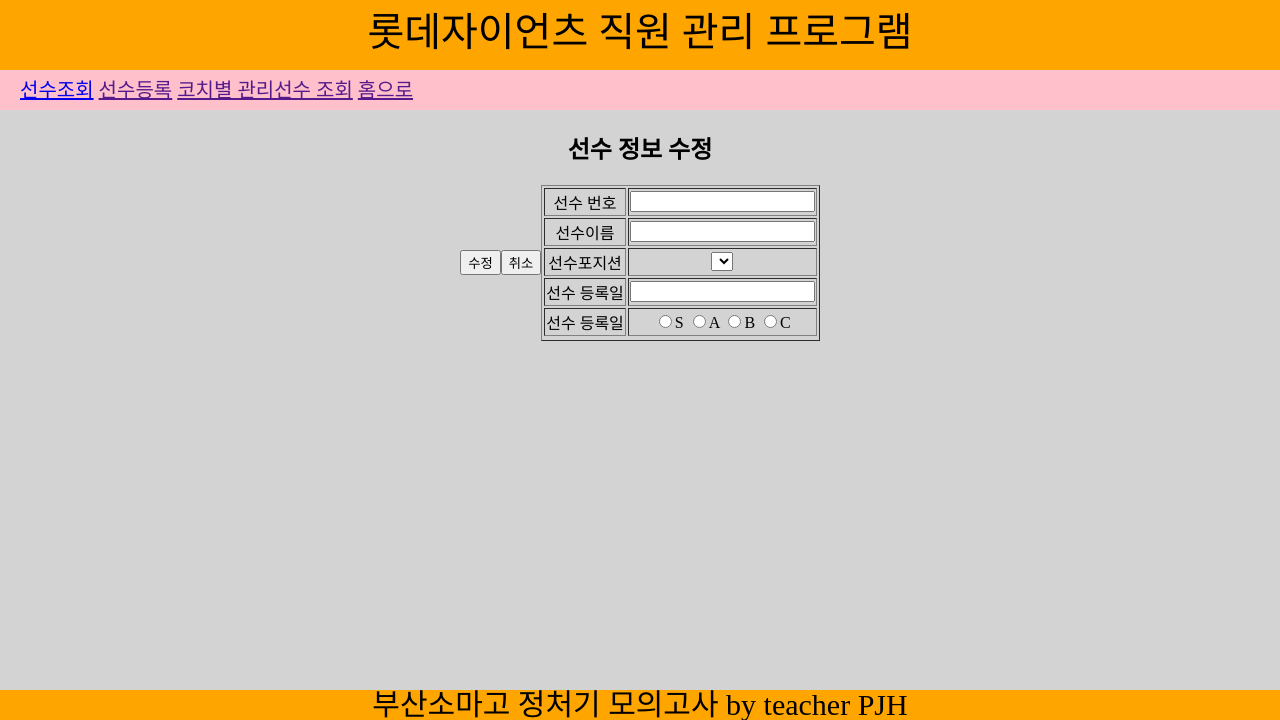
Repository: jeajune0221/information
Page: http://localhost/HRD_2411/update.jsp
The author's editor kept a copy of each file at every save. The page is drawn from the files as they stood at one save, then again after the next save.
The browser window is 1280 px wide. The pictures show the whole page.
The page is served by Tomcat 9.

Above is the page before, as saved 2026-03-16 11:15:12.

### hrdkorea/HRD_2411/src/main/webapp/update.jsp
<%@ page language="java" contentType="text/html; charset=UTF-8"
    pageEncoding="UTF-8"%>
<!DOCTYPE html>
<html>
<head>
<meta charset="UTF-8">
<title>Insert title here</title>
<link href ="style.css" rel ="stylesheet">
</head>
<body>
<jsp:include page="header.jsp"></jsp:include>
<section>
<H2>선수 정보 수정</H2>
<form style = "display : flex; align-items : center; justify-content : center; text-align : center">
<table border = 1>
<tr>
<td>선수 번호</td>
<td><input type ="text" name = "pid"></td>
</tr>
<tr>
<td>선수이름</td>
<td><input type ="text" name ="pname"></td>
</tr>
<tr>
<td>선수포지션</td>
<td>
<select name ="ppostion">

</select>
</td>
</tr>
<tr>
<td>선수 등록일</td>
<td><input type></td>
</tr>
<tr>
<td>선수 등록일</td>
<td><input type ="radio" name = "asd">S
<input type ="radio" name = "asd">A
<input type ="radio" name = "asd">B
<input type ="radio" name = "asd">C</td>
</tr>
<tr>
<button>수정</button>
<button>취소</button>
</tr>

</table>
</form>
</section>
<jsp:include page="footer.jsp"></jsp:include>
</body>
</html>

### hrdkorea/HRD_2411/src/main/webapp/header.jsp
<%@ page language="java" contentType="text/html; charset=UTF-8"
    pageEncoding="UTF-8"%>
<!DOCTYPE html>
<html>
<head>
<meta charset="UTF-8">
<title>Insert title here</title>
<link href = "style.css" rel ="stylesheet">
</head>
<body>
<header>롯데자이언츠 직원 관리 프로그램</header>
<nav>
<a href="list.jsp">선수조회</a>
<a href="">선수등록</a>
<a href="">코치별 관리선수 조회</a>
<a href="">홈으로</a>
</nav>
</body>
</html>

### hrdkorea/HRD_2411/src/main/webapp/footer.jsp
<%@ page language="java" contentType="text/html; charset=UTF-8"
    pageEncoding="UTF-8"%>
<!DOCTYPE html>
<html>
<head>
<meta charset="UTF-8">
<title>Insert title here</title>
<link href ="style.css" rel = "stylesheet">
</head>
<body>
<footer>부산소마고 정처기 모의고사 by teacher PJH</footer>
</body>
</html>

### hrdkorea/HRD_2411/src/main/webapp/style.css
@charset "UTF-8";
header{
	position :fixed;
	top:0px;
	left : 0px;
	width : 100%;
	height : 70px;
	background : orange;
	text-align:center;
	font-size : 40px;
}
nav{
	position : fixed;
	top : 70px;
	left : 0px;
	width : 100%;
	height : 40px;
	background : pink;
	line-height : 40px;
	padding-left : 20px;
	font-size : 20px;
}
section{
	position : fixed;
	top : 110px;
	left : 0px;
	width : 100%;
	height : 100%;
	background : lightgray;
	text-align : center;
}

footer{
	position : fixed;
	bottom : 0px;
	left : 0px;
	width : 100%;
	height : 30px;
	background : orange;
	line-height : 30px;
	text-align : center;
	font-size : 30px;

}

After the next save:
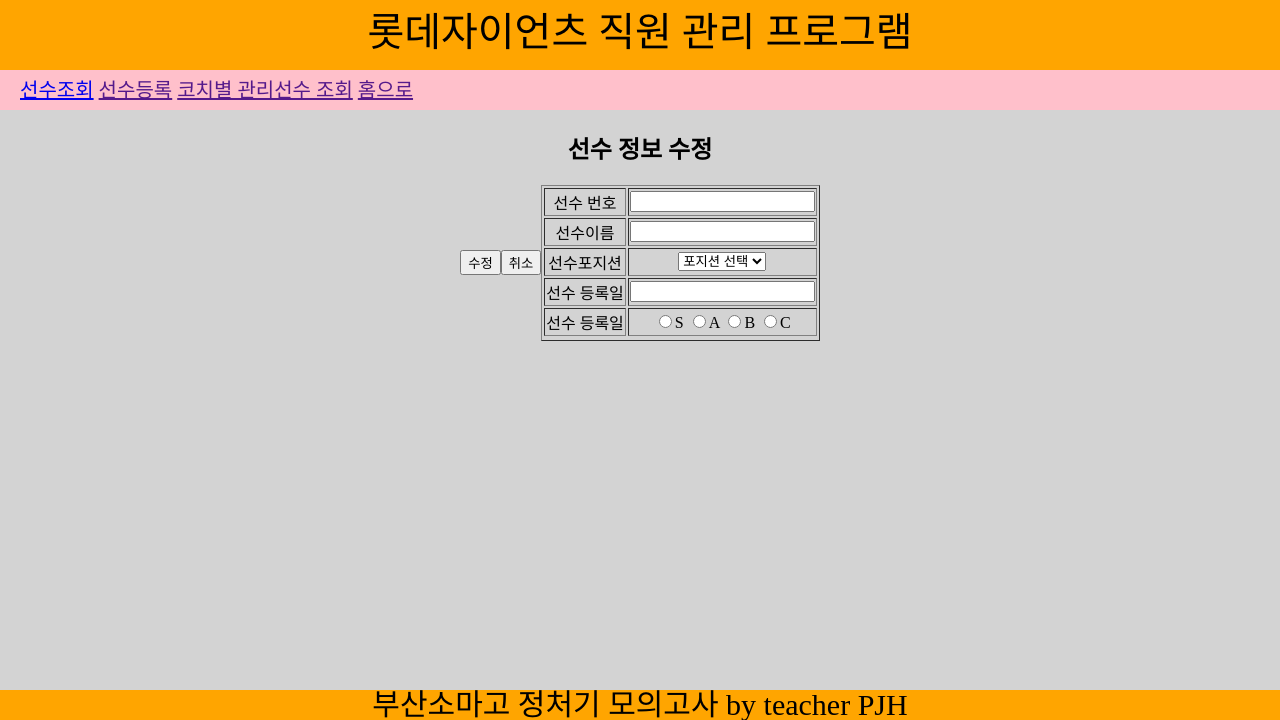
Saved 27 s later.
--- a/hrdkorea/HRD_2411/src/main/webapp/update.jsp
+++ b/hrdkorea/HRD_2411/src/main/webapp/update.jsp
@@ -25,7 +25,7 @@
 <td>선수포지션</td>
 <td>
 <select name ="ppostion">
-
+<option value ="">포지션 선택</option>
 </select>
 </td>
 </tr>
